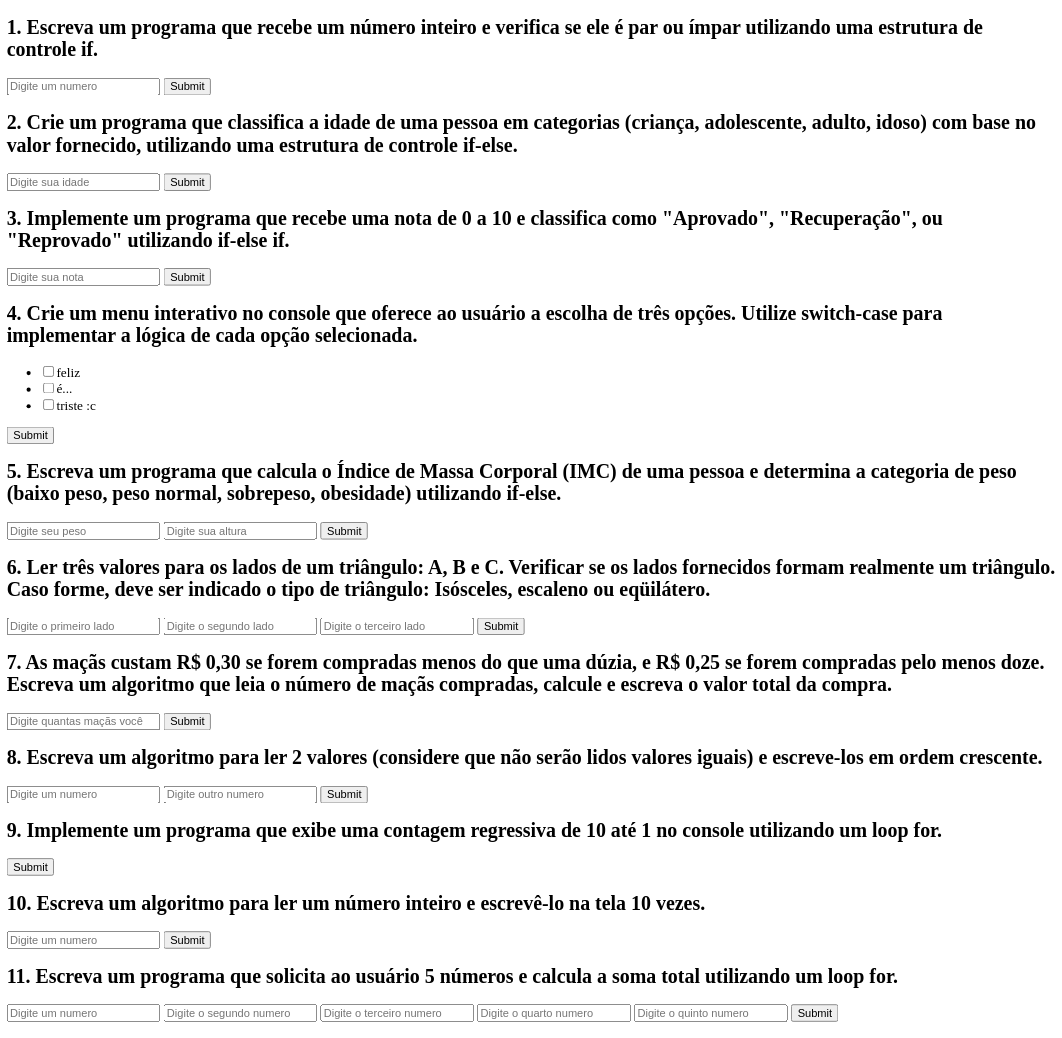
Repository: chidekina/prati-logica
Page: index.html
An editor plug-in stored every save of this project. The page is shown before and after a run of saves, followed by the edit.
The browser window is 1280 px wide. The pictures show the whole page, at 83% of full size.

Above is the page before, as saved 2025-05-03 10:49:32.

After the next 2 saves:
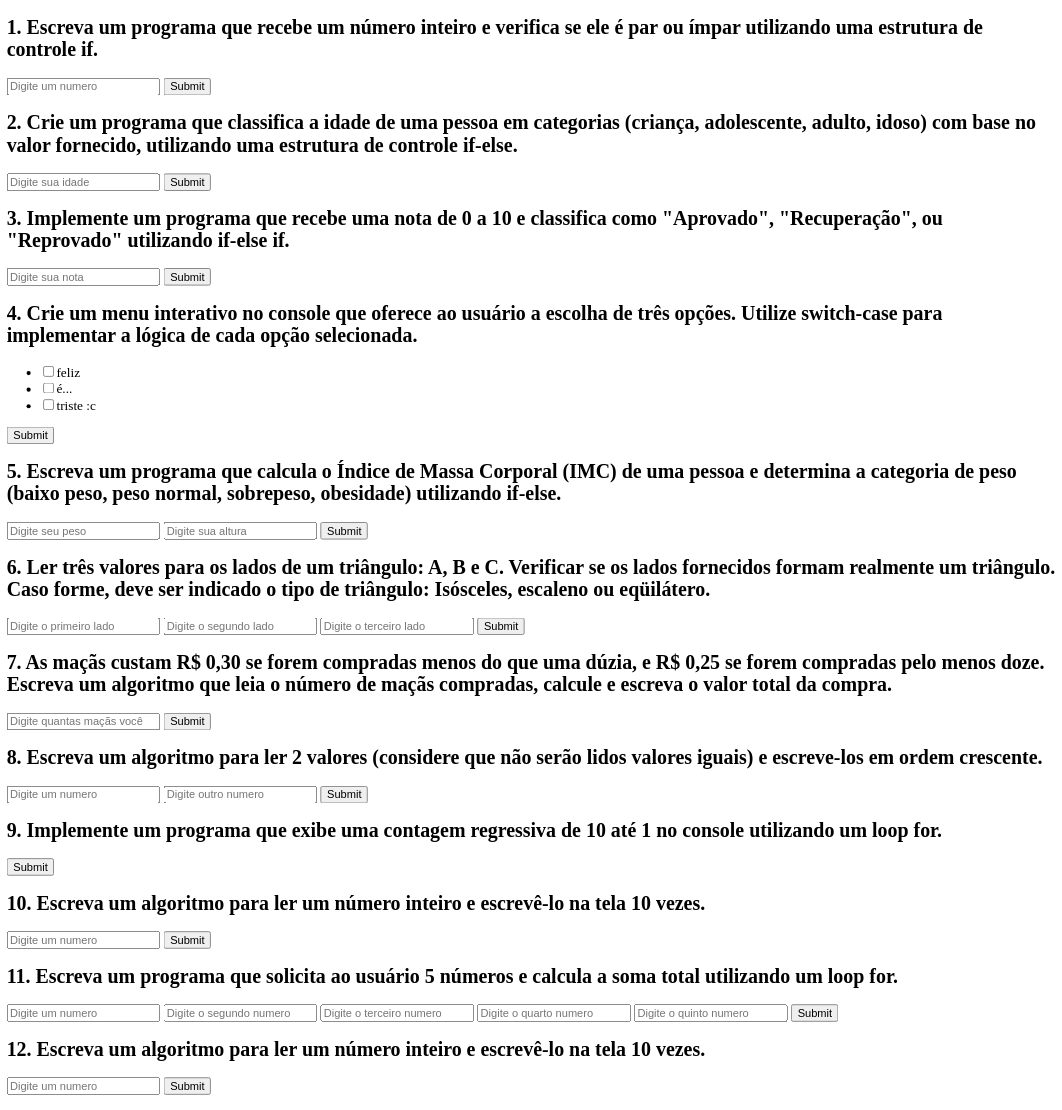
The 2 saves are shown as one change because they came seconds apart.
The last was saved 69 s later.
--- a/index.html
+++ b/index.html
@@ -106,6 +106,10 @@
           <input id="task10-5" type="number" placeholder="Digite o quinto numero" />
         <input type="submit" onclick="somarNumeros()" />
         <h3 id="answer11"></h3>
+        <h2>12. Escreva um algoritmo para ler um número inteiro e escrevê-lo na tela 10 vezes.</h2>
+        <input id="task10" type="number" placeholder="Digite um numero" />
+        <input type="submit" onclick="repetirNumero()" />
+        <h3 id="answer10"></h3>
       </div>
     </main>
     <script src="app.js"></script>
